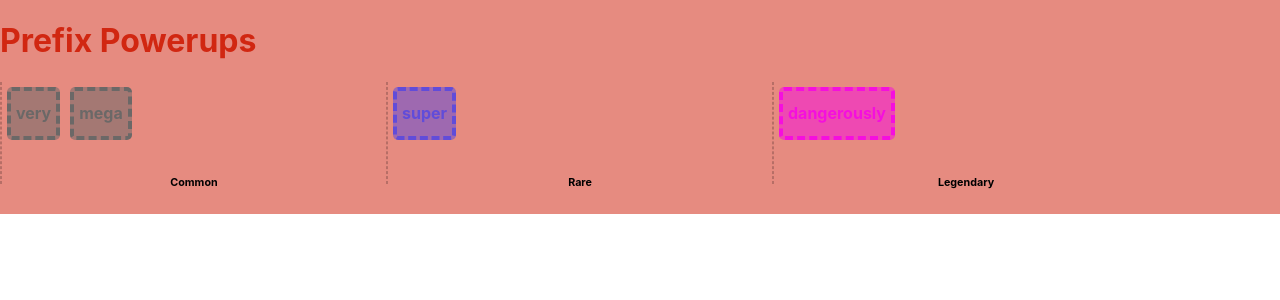
Repository: bsalgado98/buns-inator
Page: /
The author's editor kept a copy of each file at every save. The page is drawn from the files as they stood at one save, then again after the next save.
The browser window is 1280 px wide. The pictures show the whole page.
The project was rebuilt for these pictures with package versions that can differ from the ones it lists, and the page was loaded fresh each time.

Above is the page before, as saved 2022-04-25 22:42:53.

After the next save:
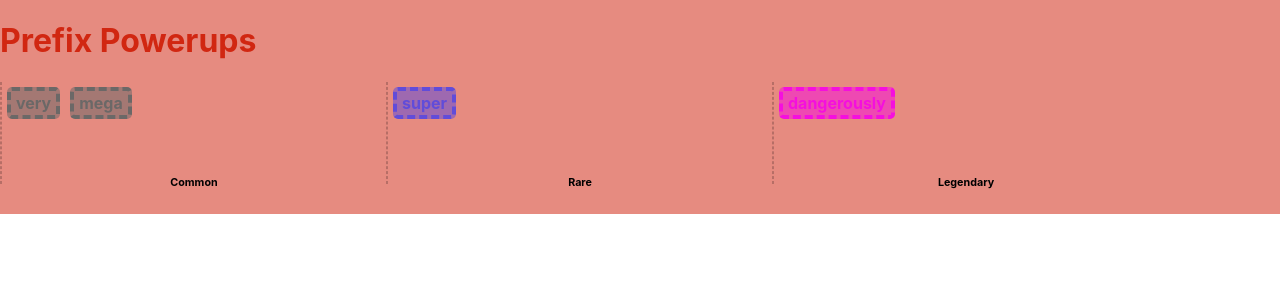
Saved 4 s later.
--- a/src/components/WordCard/WordCard.js
+++ b/src/components/WordCard/WordCard.js
@@ -8,7 +8,7 @@ const WordCard = ({ text = "N/A", color = "#000000" }) => {
                 margin: '5px',
                 padding: '5px',
                 borderRadius: '5px',
-                height: '50%',
+                height: '20%',
                 alignItems: 'center'
             }
         },
